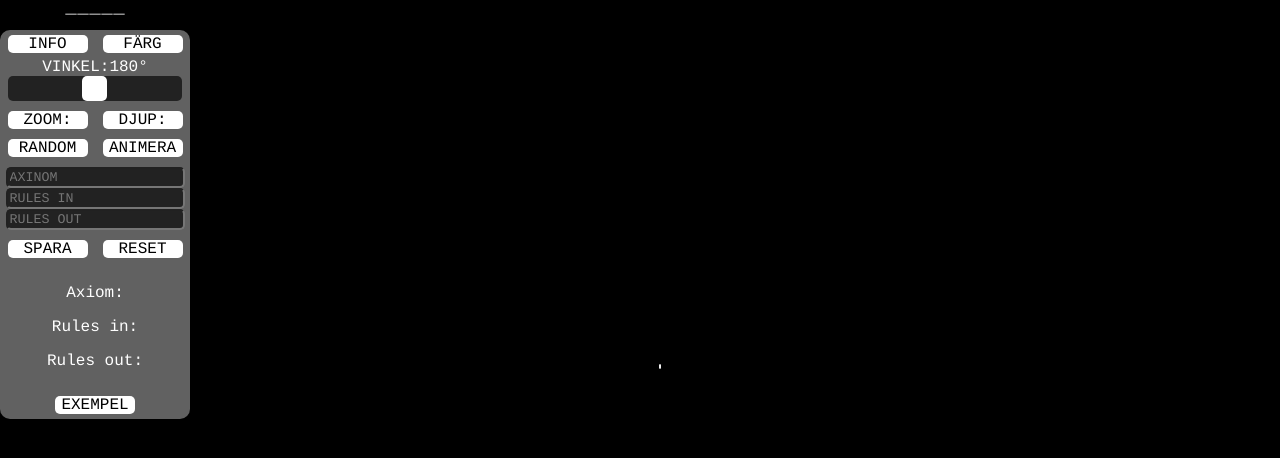
Repository: Gabrielw123/Fraktalgenerator
Page: fraktaler/test/index.html
These files come from the project's save history. The page is drawn as it stood at one moment and after the next save; the edit follows.
The browser window is 1280 px wide. The pictures show the whole page.
Some web libraries are served in a nearby version.

Above is the page before, as saved 2022-01-13 14:00:22.

### fraktaler/test/index.html
<!DOCTYPE html>
<html lang="en">
  <head>
    <meta charset="UTF-8" />
    <meta http-equiv="X-UA-Compatible" content="IE=edge" />
    <meta name="viewport" content="width=device-width, initial-scale=1.0" />
    <link rel="stylesheet" href="style.css" />
    <title>Fraktal Generator</title>
    <script src="https://cdn.jsdelivr.net/npm/p5@1.0.0/lib/p5.js"></script>
    <!--fading-->
    <script
      src="http://ajax.googleapis.com/ajax/libs/jquery/1.7.1/jquery.min.js"
      type="text/javascript"
    ></script>
  </head>
  <body>
    <!--Skapa en canvas-->
    <canvas id="canvas"></canvas>

    <div class="kontroller">
      <div
        style="background: black"
        onmousedown="return false"
        onselectstart="return false"
        class="grid-container1"
      >
        <div class="grid-item">
          <a class="knappgöm" id="gömknapp" onClick="action();">⏤⏤⏤⏤⏤</a>
        </div>
      </div>

      <div
        style="border-top-left-radius: 10px; border-top-right-radius: 10px"
        onmousedown="return false"
        onselectstart="return false"
        class="grid-container"
        id="göm1"
      >
        <div class="grid-item">
          <a class="knapp" id="infoknapp">INFO</a>
        </div>
        <div class="grid-item">
          <a class="knapp" id="colorknapp" onclick="color();">FÄRG</a>
        </div>
      </div>
      <!--slider vinkel-->
      <div class="slider-container" id="göm2">
        <a onmousedown="return false" onselectstart="return false"
          >VINKEL:<span id="vinkel-out"></span>&deg;</a
        >
        <input type="range" min="0" max="360" class="slider" id="vinkel" />
      </div>

      <div
        onmousedown="return false"
        onselectstart="return false"
        class="grid-container"
        id="göm3"
      >
        <div class="grid-item">
          <a class="knapp" id="längdknapp">ZOOM:<span id="segment_n"></span></a>
        </div>
        <div class="grid-item">
          <a class="knapp" id="djupknapp"
            >DJUP:<span id="generation-out"></span
          ></a>
        </div>

        <div class="grid-item">
          <a class="knapp" id="randomknapp" onclick="random();">RANDOM</a>
        </div>
        <div class="grid-item">
          <a class="knapp" id="animeraknapp" onclick="animera();">ANIMERA</a>
        </div>
      </div>

      <div class="grid-container1" id="göm4">
        <div class="grid-item">
          <input
            style="font-family: courier"
            class="input"
            type="text"
            placeholder="AXINOM"
            id="axiom"
          />
          <input
            style="font-family: courier"
            class="input"
            type="text"
            placeholder="RULES IN"
            id="rules1"
          />
          <input
            style="font-family: courier"
            class="input"
            type="text"
            placeholder="RULES OUT"
            id="rules2"
          />
        </div>
      </div>
      <div
        onmousedown="return false"
        onselectstart="return false"
        class="grid-container"
        id="göm5"
      >
        <div class="grid-item">
          <a class="knapp" id="btn">SPARA</a>
        </div>
        <div class="grid-item">
          <a class="knapp" id="resetknapp" onclick="reset();">RESET</a>
        </div>
      </div>
      <div
        style="
          border-bottom-left-radius: 10px;
          border-bottom-right-radius: 10px;
        "
        class="grid-container1"
        id="göm6"
      >
        <div class="grid-item">
          <p>Axiom:<span id="axiom-out"></span></p>
          <p>Rules in:<span id="rules1-out"></span></p>
          <p>Rules out:<span id="rules2-out"></span></p>
          <p></p>
        </div>
        <div class="grid-item">
          <a
            onmousedown="return false"
            onselectstart="return false"
            class="knapp"
            id="exempelknapp"
            onclick="example();"
            >EXEMPEL</a
          >
        </div>
      </div>

      <!--EXEMPEL-->

      <div
        style="border-radius: 10px"
        onmousedown="return false"
        onselectstart="return false"
        class="grid-container"
        id="göm7"
      >
        <div class="grid-item">
          <a class="knappex" id="Board">Board</a>
        </div>
        <div class="grid-item">
          <a class="knappex" id="Crystal">Crystal</a>
        </div>
        <div class="grid-item">
          <a class="knappex" id="Dragon Curve">Dragon Curve</a>
        </div>
        <div class="grid-item">
          <a class="knappex" id="Hexagonal Gosper">Hexagonal Gosper</a>
        </div>
        <div class="grid-item">
          <a class="knappex" id="Kochcurve">Koch curve</a>
        </div>
        <div class="grid-item">
          <a class="knappex" id="Krishna Anklets">Krishna Anklets</a>
        </div>
        <div class="grid-item">
          <a class="knappex" id="Lévy curve">Lévy curve</a>
        </div>
        <div class="grid-item">
          <a class="knappex" id="L-System Bushes 1">L-System Bushes 1</a>
        </div>
        <div class="grid-item">
          <a class="knappex" id="L-System Bushes 2">L-System Bushes 2</a>
        </div>
        <div class="grid-item">
          <a class="knappex" id="Peano Curve">Peano Curve</a>
        </div>
        <div class="grid-item">
          <a class="knappex" id="Quadratic Snowflake">Quadratic Snowflake </a>
        </div>
        <div class="grid-item">
          <a class="knappex" id="Rings">Rings</a>
        </div>
        <div class="grid-item">
          <a class="knappex" id="Sierpinski Arrowhead">Sierpinski Arrowhead</a>
        </div>
        <div class="grid-item">
          <a class="knappex" id="Sierpinskisquare">Sierpinski Square</a>
        </div>
        <div class="grid-item">
          <a class="knappex" id="Snowflake">Snowflake</a>
        </div>
        <div class="grid-item">
          <a class="knappex" id="Tiles">Tiles</a>
        </div>
        <div class="grid-item">
          <a class="knappex" id="Triangle">Triangle</a>
        </div>
        <div class="grid-item">
          <a class="knappex" id="Von Koch Snowflake">Von Koch Snowflake</a>
        </div>
      </div>
    </div>
    <!--Script-->
    <script src="bruh.js">
      example();
            fraktal.update();
    </script>
  </body>
</html>

### fraktaler/test/style.css
body {
  font-family: "courier", monospace;
  background-color: black;
  color: white;
  text-align: center;
}

.input {
  width: 90%;
  border-radius: 5px;
  color: black;
  background: #222222;
}
.input:hover {
  background: black;
  color: white;
}

.kontroller {
  width: 190px;
  height: 180px;
  margin: auto;
  position: fixed;
  top: 0%;
  left: 0%;
  right: 100%;
}
.grid-container {
  background: rgba(97, 97, 97, 1);
  display: grid;
  grid-template-columns: auto auto;
}

.grid-container1 {
  background: rgba(97, 97, 97, 1);
  display: grid;
  grid-template-columns: auto;
}
.grid-item {
  text-align: center;
  margin: auto;
  padding-top: 5px;
  padding-bottom: 5px;
}
.grid-item1 {
  text-align: center;
  margin: auto;
  padding-top: 5px;
  padding-bottom: 5px;
  width: 300px;
}
#axiom-out {
  text-align: left;
}
.slider-container {
  background: rgba(97, 97, 97, 1);
  display: grid;
  grid-template-columns: auto;
  width: 100%;
  margin: auto;
  padding-bottom: 5px;
}
.slider {
  -webkit-appearance: none;
  width: 92%;
  height: 25px;
  background: #222222;
  outline: none;
  margin: auto;
  -webkit-transition: 0.2s;
  transition: opacity 0.2s;
  border-radius: 5px;
}

.slider:hover {
  background: black;
  color: white;
}

.slider::-webkit-slider-thumb {
  -webkit-appearance: none;
  appearance: none;
  width: 25px;
  height: 25px;
  background: #ffffff;
  cursor: pointer;
  border-radius: 5px;
}

.slider::-moz-range-thumb {
  width: 25px;
  height: 25px;
  background: #04aa6d;
  cursor: pointer;
}

a.knapp {
  display: block;
  background: white;
  color: black;
  width: 80px;
  cursor: pointer;
  border-radius: 5px;
}
a.knapp:hover {
  background: black;
  border-radius: 5px;
  color: white;
}

#canvas {
  position: fixed;
  top: 0px;
  left: 0px;
  z-index: -1;
}

a.knappon {
  display: block;
  width: 80px;
  background: black;
  color: white;
  cursor: pointer;
  border-radius: 5px;
}
a.knappex {
  background: white;
  color: black;
  text-align: center;
  cursor: pointer;
  font-size: 13px;
  width: 85px;
  height: 35px;
  display: table-cell;
  vertical-align: middle;
  border-radius: 5px;
}
a.knappex:hover {
  background: black;
  border-radius: 5px;
  color: white;
}
.span {
  width: 500px;
}
.knappgöm {
  display: block;
  background: black;
  color: white;
  width: 85px;
  height: 20px;
  cursor: pointer;
  font-size: 15px;
}
a.knappgöm:hover {
  background: white;

  color: black;
  border-top-left-radius: 5px;
  border-top-right-radius: 5px;
}

### fraktaler/test/bruh.js
/*

Den här fraktal generatorn använder sig av Lindenmayer systemet (https://en.wikipedia.org/wiki/L-system)

Källor för lite info
https://codesandbox.io/s/fraktal-generator-forked-g76j8?file=/sketch.js
https://en.wikipedia.org/wiki/L-system#Types_of_L-systems
http://paulbourke.net/fractals/lsys/
https://www.sidefx.com/docs/houdini/nodes/sop/lsystem.html
http://www1.biologie.uni-hamburg.de/b-online/e28_3/lsys.html
https://www.kevs3d.co.uk/dev/lsystems/
https://piratefsh.github.io/p5js-art/public/lsystems/


!desierd angle
*/

//INFO button
fetch("README.txt")
  .then((response) => response.text())
  .then((text) => console.log(text));

var info = document.getElementById("infoknapp");
info.onclick = function () {
  confirm("to");
};

//hur snabbt den animerar
var animatespeed = 100;

//lite variablar
let genButton;
let resButton;
let guiText;
color_n = 0;
let generation = 0;
let maxGeneration = 5;
let length;
let angle;
//första load
let axiom = "F+F+F+F";
let rules = [
  {
    in: "F",
    out: "F+F-F-FF+F+F-F",
  },
];

//save button för egna input på fraktaler
const btn = document.getElementById("btn");

btn.addEventListener("click", function () {
  var axiom2 = document.getElementById("axiom").value;
  var rules1 = document.getElementById("rules1").value;
  var rules2 = document.getElementById("rules2").value;
  confirm(
    "Axiom: " + axiom2 + "\nRules in: " + rules1 + "\nRules out: " + rules2
  );
  axiom = axiom2;
  rules = [
    {
      in: rules1,
      out: rules2,
    },
  ];
});

//animera ikonen på hemsidan
var favicon_images = [
    "bilderhem/tmp-0.gif",
    "bilderhem/tmp-1.gif",
    "bilderhem/tmp-2.gif",
    "bilderhem/tmp-3.gif",
    "bilderhem/tmp-4.gif",
    "bilderhem/tmp-5.gif",
  ],
  image_counter = 0;

setInterval(function () {
  if (document.querySelector("link[rel='icon']") !== null)
    document.querySelector("link[rel='icon']").remove();
  if (document.querySelector("link[rel='shortcut icon']") !== null)
    document.querySelector("link[rel='shortcut icon']").remove();
  document
    .querySelector("head")
    .insertAdjacentHTML(
      "beforeend",
      '<link rel="icon" href="' +
        favicon_images[image_counter] +
        '" type="image/gif">'
    );
  if (image_counter == favicon_images.length - 1) image_counter = 0;
  else image_counter++;
}, 200);

//göm UI
var hidden = false;
function action() {
  hidden = !hidden;
  if (hidden) {
    document.getElementById("göm1").style.visibility = "hidden";
    document.getElementById("göm2").style.visibility = "hidden";
    document.getElementById("göm3").style.visibility = "hidden";
    document.getElementById("göm4").style.visibility = "hidden";
    document.getElementById("göm5").style.visibility = "hidden";
    document.getElementById("göm6").style.visibility = "hidden";
    if (document.getElementById("göm7").style.visibility === "visible") {
      document.getElementById("göm7").style.visibility = "hidden";
    }
  } else {
    document.getElementById("göm1").style.visibility = "visible";
    document.getElementById("göm2").style.visibility = "visible";
    document.getElementById("göm3").style.visibility = "visible";
    document.getElementById("göm4").style.visibility = "visible";
    document.getElementById("göm5").style.visibility = "visible";
    document.getElementById("göm6").style.visibility = "visible";
    document.getElementById("göm7").style.visibility = "visible";
  }
}
//göm från början
document.getElementById("göm7").style.visibility = "hidden";
var hidden1 = true;
function example() {
  hidden1 = !hidden1;
  if (hidden1) {
    document.getElementById("göm7").style.visibility = "hidden";
  } else {
    document.getElementById("göm7").style.visibility = "visible";
  }
}

let sentence = axiom;

//start funktion
function setup() {
  createCanvas(windowWidth - 40, windowHeight - 25);
  angle = radians(vinkel.value);
  length = segment_n * 3;
  turtle();
  drawGUI();
}

//color problem
var r = 255,
  g = 0,
  b = 0;

setInterval(function () {
  if (r > 0 && b == 0) {
    r--;
    g++;
  }
  if (g > 0 && r == 0) {
    g--;
    b++;
  }
  if (b > 0 && g == 0) {
    r++;
    b--;
  }
  $("#color").text("rgb(" + r + "," + g + "," + b + ")");
  $("#color").css("color", "rgb(" + r + "," + g + "," + b + ")");
  turtle();
  console.log("df");
}, 10);

function generate() {
  length = segment_n * 3;

  let nextSentence = "";

  for (let i = 0; i < sentence.length; i++) {
    let found = false;
    let currentChar = sentence.charAt(i);

    for (let j = 0; j < rules.length; j++) {
      if (currentChar === rules[j].in) {
        found = true;
        nextSentence += rules[j].out;
        break;
      }
    }
    if (!found) {
      nextSentence += currentChar;
    }
  }
  sentence = nextSentence;
  turtle();
}
function turtle() {
  resetMatrix();
  background(0);
  //color
  if (color_n === 0) {
    stroke(255); //white
  }
  if (color_n === 1) {
    stroke(0, 0, 255); //blue
  }
  if (color_n === 2) {
    stroke(0, 128, 0); //green
  }
  if (color_n === 3) {
    stroke(255, 0, 0); //red
  }
  if (color_n === 4) {
    stroke(255, 165, 0); //orange
  }
  if (color_n === 5) {
    stroke(r, g, b); //rgb flera färger
  }
  translate(window.innerWidth / 2, window.innerHeight / 2);

  for (let i = 0; i <= sentence.length; i++) {
    let currentChar = sentence.charAt(i);

    if (currentChar === "F") {
      line(0, 0, 0, -length);
      translate(0, -length);
    } else if (currentChar === "+") {
      rotate(angle);
    } else if (currentChar === "-") {
      rotate(-angle);
    } else if (currentChar === "[") {
      push();
    } else if (currentChar === "]") {
      pop();
    }
  }
}

var djupknapp = document.getElementById("djupknapp");
djupknapp.onclick = function () {
  if (generation < maxGeneration) {
    generate();
  }
  generation++;
  if (generation > 5) {
    generation = 1;
    sentence = axiom;
    generate();
  }
  var generationout = document.getElementById("generation-out");
  generationout.innerHTML = generation;
  var axiomout = document.getElementById("axiom-out");
  axiomout.innerHTML = axiom;
  var rules1out = document.getElementById("rules1-out");
  rules1out.innerHTML = rules[0].in;
  var rules2out = document.getElementById("rules2-out");
  rules2out.innerHTML = rules[0].out;
};

//skriver ut värden och saker på skärmer för användaren
function drawGUI() {
  genButton = createButton("DJUP");
  genButton.size(85, 20);
  genButton.position(-200, 260);
  genButton.mousePressed(function () {
    if (generation < maxGeneration) {
      generate();
    }
    generation++;
    if (generation > 5) {
      generation = 1;
      sentence = axiom;
      generate();
    }
    var generationout = document.getElementById("generation-out");
    generationout.innerHTML = generation;
    var axiomout = document.getElementById("axiom-out");
    axiomout.innerHTML = axiom;
    var rules1out = document.getElementById("rules1-out");
    rules1out.innerHTML = rules[0].in;
    var rules2out = document.getElementById("rules2-out");
    rules2out.innerHTML = rules[0].out;
  });
}

//!Exemepel knappar

//Andra rad
animera_n = 0;

var c1 = 0;
var t;
var timer_is_on = 0;

//Random funktion
function getRandomInt(min, max) {
  min = Math.ceil(min);
  max = Math.floor(max);
  return Math.floor(Math.random() * (max - min) + min); //The maximum is exclusive and the minimum is inclusive
}

var fraktal = (function () {
  //js funktion
  const c = document.getElementById("canvas");
  var ctx = c.getContext("2d");

  //får bredden och höjden av hemsidan du har på din enhet
  c.width = window.innerWidth;
  c.height = window.innerHeight;
  ctx.strokeStyle = "black";
  ctx.lineWidth = 2;

  //!SLIDERS
  var vinkel = document.getElementById("vinkel");
  var vinkelout = document.getElementById("vinkel-out");
  vinkelout.innerHTML = vinkel.value;

  //gör saker med vinkel
  vinkel.oninput = function () {
    vinkelout.innerHTML = this.value;
    update();
  };

  //SEGMENT
  var segment = document.getElementById("längdknapp");
  segment.onclick = function () {
    segment_n++;
    if (segment_n === 6) {
      segment_n = 1;
    }
    document.getElementById("segment_n").innerHTML = segment_n;
    update();
  };
  //!RESET
  var reset = document.getElementById("resetknapp");
  reset.onclick = function () {
    sentence = axiom;
    turtle();
    vinkel.value = 90;
    segment_n = 3;
    generation = 5;
    axiom = "F+F+F+F";
    rules = [
      {
        in: "F",
        out: "F+F-F-FF+F+F-F",
      },
    ];
    //stönga av animera
    clearTimeout(t);
    animera.className = "knapp";
    c1 = 0;
    animera_n = 0;
    //update this
    update();
  };

  //!RANDOM
  var random = document.getElementById("randomknapp");
  random.onclick = function () {
    vinkel.value = getRandomInt(0, 361);
    vinkelout.innerHTML = vinkel.value;
    update();
  };

  //!ANIMERA

  var animera = document.getElementById("animeraknapp");
  animera.onclick = function () {
    animera_n++;
    if (animera_n === 1) {
      timedCount();
      animera.className = "knappon";
    }
    if (animera_n === 2) {
      clearTimeout(t);
      animera.className = "knapp";
      c1 = 0;
      animera_n = 0;
    }
  };
  //!COLOR

  var color = document.getElementById("colorknapp");
  color.onclick = function () {
    color_n++;
    if (color_n === 6) {
      color_n = 0;
    }
    update();
  };

  timedCount = function () {
    var v = parseInt(vinkel.value);
    v = v + 1;

    if (v === 361) {
      v = 0;
    }
    //updatera UI
    vinkel.value = v;
    vinkelout.innerHTML = vinkel.value;
    //vänta
    t = setTimeout(timedCount, animatespeed);
    update();
  };

  //!Uppdatera allt/////////////////////////////
  var update = function () {
    //skriver ut de nya väderna
    setup();
    //Updaterar sliders och bilder/knappar
    vinkelout.innerHTML = vinkel.value;
    document.getElementById("segment_n").innerHTML = segment_n;
    var generationout = document.getElementById("generation-out");
    generationout.innerHTML = generation;

    var axiomout = document.getElementById("axiom-out");
    axiomout.innerHTML = axiom;
    var rules1out = document.getElementById("rules1-out");
    rules1out.innerHTML = rules[0].in;
    var rules2out = document.getElementById("rules2-out");
    rules2out.innerHTML = rules[0].out;
    //sparar hashen för hemsidan
    save();
  };

  //!SAVE OCH LOAD
  var save = function () {
    var ruleid =
      "#" +
      vinkel.value +
      "," +
      segment_n +
      "," +
      generation +
      "," +
      axiom +
      "," +
      rules[0].in +
      "," +
      rules[0].out;
    window.location = String(window.location).replace(/\#.*$/, "") + ruleid;
  };

  var load = function () {
    let d = window.location.toString();
    if (d.includes("#")) {
      const myArr = d.split("#");

      const test = myArr[1].split(",");
      //Sliders
      vinkel.value = test[0];
      //Knappar
      segment_n = test[1];
      generation = test[2];
      if (
        vinkel.value == undefined ||
        segment_n === undefined ||
        generation === undefined
      ) {
        //Sliders
        vinkel.value = 180;
        //Knappar
        segment_n = 1;
        generation = 1;
      }
    } else {
      //Sliders
      vinkel.value = 180;
      //Knappar
      segment_n = 1;
      //Knappar
      generation = 1;
    }
    save();
  };
  //!START
  load();

  //!EXEMPEL
  //Exemplerna är ifrån http://paulbourke.net/fractals/lsys/
  //save button för egna input på fraktaler
  const Kochcurve = document.getElementById("Kochcurve");
  Kochcurve.addEventListener("click", function () {
    axiom = "F+F+F+F";
    rules = [
      {
        in: "F",
        out: "F+F-F-FF+F+F-F",
      },
    ];
    vinkel.value = 90;
    segment_n = 3;
    generation = 5;
    update();
  });

  const Sierpinskisquare = document.getElementById("Sierpinskisquare");
  Sierpinskisquare.addEventListener("click", function () {
    axiom = "F+XF+F+XF";
    rules = [
      {
        in: "X",
        out: "XF-F+F-XF+F+XF-F+F-X",
      },
    ];
    vinkel.value = 90;
    segment_n = 3;
    generation = 5;
    update();
  });

  const LSystemBushes1 = document.getElementById("L-System Bushes 1");
  LSystemBushes1.addEventListener("click", function () {
    axiom = "F";
    rules = [
      {
        in: "F",
        out: "FF+[+F-F-F]-[-F+F+F]",
      },
    ];
    vinkel.value = 22.5;
    segment_n = 1;
    generation = 5;
    update();
  });

  const LSystemBushes2 = document.getElementById("L-System Bushes 2");
  LSystemBushes2.addEventListener("click", function () {
    axiom = "F";
    rules = [
      {
        in: "F",
        out: "F[+FF][-FF]F[-F][+F]F",
      },
    ];
    vinkel.value = 35;
    segment_n = 1;
    generation = 5;
    update();
  });

  const Board = document.getElementById("Board");
  Board.addEventListener("click", function () {
    axiom = "F+F+F+F";
    rules = [
      {
        in: "F",
        out: "FF+F+F+F+FF",
      },
    ];
    vinkel.value = 90;
    segment_n = 1;
    generation = 5;
    update();
  });

  const Triangle = document.getElementById("Triangle");
  Triangle.addEventListener("click", function () {
    axiom = "F+F+F";
    rules = [
      {
        in: "F",
        out: "F-F+F",
      },
    ];
    vinkel.value = 120;
    segment_n = 1;
    generation = 5;
    update();
  });
  const Crystal = document.getElementById("Crystal");
  Crystal.addEventListener("click", function () {
    axiom = "F+F+F+F";
    rules = [
      {
        in: "F",
        out: "FF+F++F+F",
      },
    ];
    vinkel.value = 90;
    segment_n = 1;
    generation = 5;
    update();
  });
  const VonKochSnowflake = document.getElementById("Von Koch Snowflake");
  VonKochSnowflake.addEventListener("click", function () {
    axiom = "F++F++F";
    rules = [
      {
        in: "F",
        out: "F-F++F-F",
      },
    ];
    vinkel.value = 60;
    segment_n = 1;
    generation = 5;
    update();
  });
  const Tiles = document.getElementById("Tiles");
  Tiles.addEventListener("click", function () {
    axiom = "F+F+F+F";
    rules = [
      {
        in: "F",
        out: "FF+F-F+F+FF",
      },
    ];
    vinkel.value = 90;
    segment_n = 1;
    generation = 5;
    update();
  });

  const Rings = document.getElementById("Rings");
  Rings.addEventListener("click", function () {
    axiom = "F+F+F+F";
    rules = [
      {
        in: "F",
        out: "FF+F+F+F+F+F-F",
      },
    ];
    vinkel.value = 90;
    segment_n = 1;
    generation = 5;
    update();
  });
  const Lévycurve = document.getElementById("Lévy curve");
  Lévycurve.addEventListener("click", function () {
    axiom = "F";
    rules = [
      {
        in: "F",
        out: "+F--F+",
      },
    ];
    vinkel.value = 45;
    segment_n = 1;
    generation = 5;
    update();
  });
  const HexagonalGosper = document.getElementById("Hexagonal Gosper");
  HexagonalGosper.addEventListener("click", function () {
    axiom = "XF";
    rules = [
      {
        in: "X",
        out: "X+YF++YF-FX--FXFX-YF+",
      },
      {
        in: "Y",
        out: "-FX+YFYF++YF+FX--FX-Y",
      },
    ];
    vinkel.value = 60;
    segment_n = 1;
    generation = 5;
    update();
  });
  const DragonCurve = document.getElementById("Dragon Curve");
  DragonCurve.addEventListener("click", function () {
    axiom = "FX";
    rules = [
      {
        in: "X",
        out: "X+YF+",
      },
      {
        in: "Y",
        out: "-FX-Y",
      },
    ];
    vinkel.value = 90;
    segment_n = 1;
    generation = 5;
    update();
  });
  const SierpinskiArrowhead = document.getElementById("Sierpinski Arrowhead");
  SierpinskiArrowhead.addEventListener("click", function () {
    axiom = "YF";
    rules = [
      {
        in: "X",
        out: "YF+XF+Y",
      },
      {
        in: "Y",
        out: "XF-YF-X",
      },
    ];
    vinkel.value = 60;
    segment_n = 1;
    generation = 5;
    update();
  });
  const QuadraticSnowflake = document.getElementById("Quadratic Snowflake");
  QuadraticSnowflake.addEventListener("click", function () {
    axiom = "F";
    rules = [
      {
        in: "F",
        out: "F-F+F+F-F",
      },
    ];
    vinkel.value = 90;
    segment_n = 1;
    generation = 5;
    update();
  });
  const PeanoCurve = document.getElementById("Peano Curve");
  PeanoCurve.addEventListener("click", function () {
    axiom = "X";
    rules = [
      {
        in: "X",
        out: "XFYFX+F+YFXFY-F-XFYFX",
      },
      {
        in: "Y",
        out: "YFXFY-F-XFYFX+F+YFXFY",
      },
    ];
    vinkel.value = 90;
    segment_n = 1;
    generation = 5;
    update();
  });
  const snowflake = document.getElementById("Snowflake");
  snowflake.addEventListener("click", function () {
    axiom = "F-F-F-F-F";
    rules = [
      {
        in: "F",
        out: "F-F++F+F-F-F",
      },
    ];
    vinkel.value = 72;
    segment_n = 1;
    generation = 5;
    update();
  });
  const KrishnaAnklets = document.getElementById("Krishna Anklets");
  KrishnaAnklets.addEventListener("click", function () {
    axiom = "-X--X";
    rules = [
      {
        in: "X",
        out: "XFX--XFX",
      },
    ];
    vinkel.value = 45;
    segment_n = 1;
    generation = 5;
    update();
  });
})();

After the next save:
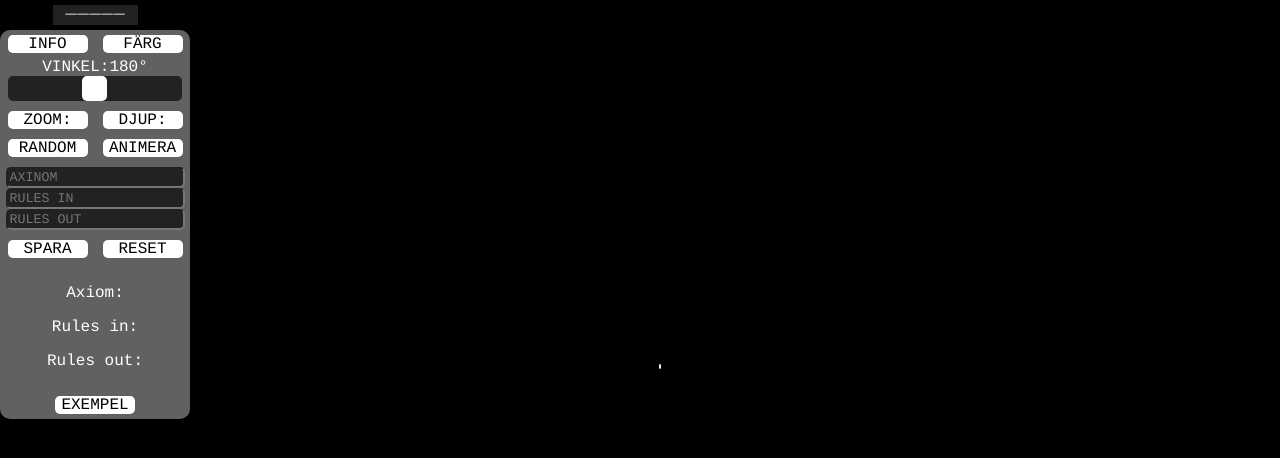
Saved 17 s later.
--- a/fraktaler/test/style.css
+++ b/fraktaler/test/style.css
@@ -145,7 +145,7 @@ a.knappex:hover {
 }
 .knappgöm {
   display: block;
-  background: black;
+  background: #222222;
   color: white;
   width: 85px;
   height: 20px;
